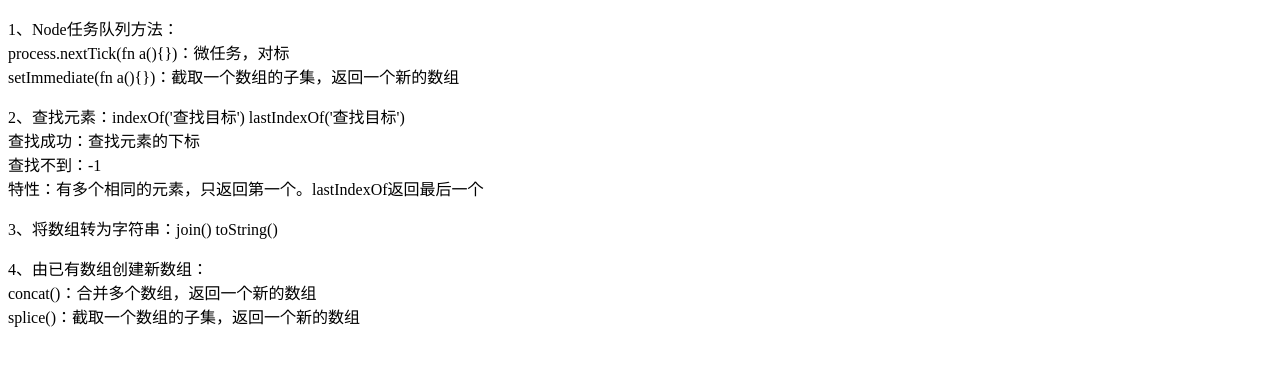
Repository: 15878162243/nodejsNote
Page: node方法.html
An editor plug-in stored every save of this project. The page is shown before and after the next save, followed by the edit.
The browser window is 1280 px wide. The pictures show the whole page.

Above is the page before, as saved 2022-09-25 15:42:43.

After the next save:
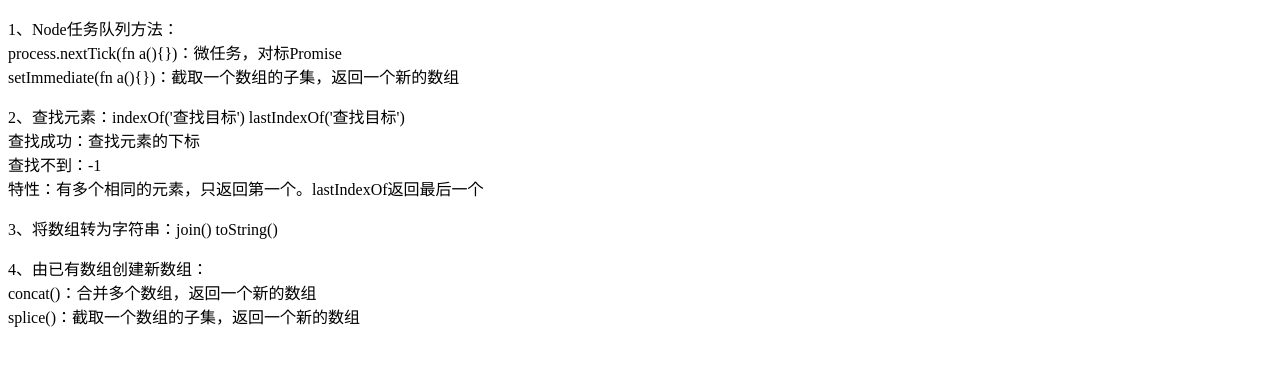
Saved 20 s later.
--- a/node方法.html
+++ b/node方法.html
@@ -7,7 +7,7 @@
 	<body>
 
 		<p>1、Node任务队列方法：<br />
-			process.nextTick(fn a(){})：微任务，对标<br />
+			process.nextTick(fn a(){})：微任务，对标Promise<br />
 			setImmediate(fn a(){})：截取一个数组的子集，返回一个新的数组<br />
 		</p>
 		<script>
